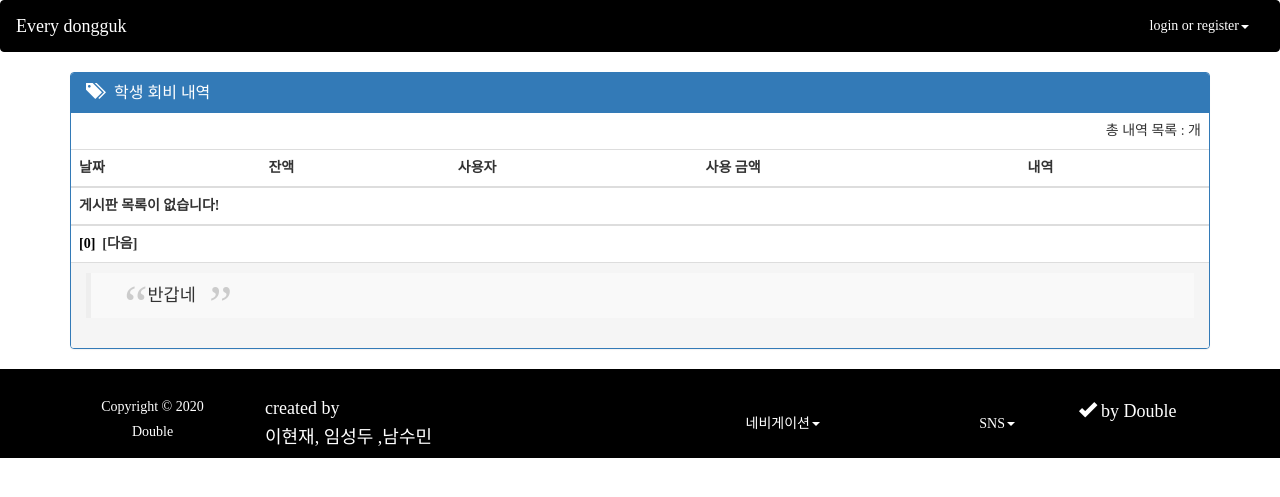
Repository: CSID-DGU/2020-1-ESCD-DOUBLE
Page: http://localhost/web/WEB-INF/views/bank/blistall.jsp
These files come from the project's save history. The page is drawn as it stood at one moment and after the next save; the edit follows.
The browser window is 1280 px wide. The pictures show the whole page.
Some web fonts or font styles are not loaded; a fallback is used. Some web libraries are served in a nearby version. The page is served by Tomcat 9. Nobody is signed in. Other server files are loaded and not shown. The template is opened directly, without the code that normally fills it, so the values that code supplies are empty.

Above is the page before, as saved 2020-05-05 15:17:52.

### web/src/main/webapp/WEB-INF/views/bank/blistall.jsp
<%@ page language="java" contentType="text/html; charset=EUC-KR"
    pageEncoding="EUC-KR"%>
    <%@ taglib prefix="c" uri="http://java.sun.com/jsp/jstl/core"%>
<!DOCTYPE html>
<html>
<head>
<link rel="stylesheet" href="resources/css/bootstrap.css">
<link rel="stylesheet" href="resources/css/customize.css">
<script src="https://code.jquery.com/jquery-3.1.1.min.js"></script>
<script src="resources/js/bootstrap.js"></script>

<meta charset="EUC-KR">
<title>Insert title here</title>
<style>

blockquote{
background:#f9f9f9;
border-left:10px solid #cccccc;
margin: 1.5em 10px;
padding: 0.5em 10px;
quotes: "\201C""\201D""\2018""\2019"
}
blockquote:before{
color:#cccccc;
content:open-quote;
font-size:3em;
line-height:0.1em;
margin-left:0.25em;
vertical-align:-0.4em;
}
blockquote:after{
color:#cccccc;
content:close-quote;
font-size:3em;
line-height:0.1em;
margin-left:0.25em;
vertical-align:-0.4em;
}


</style>
</head>
<body>

<%@include file="../template/header.jsp"%>
<div class="container">
	<div class="row">
		<div class="col-xs-12">
		<div class="panel panel-primary">
		<div class="panel-heading">
			<h3 class="panel-title">
				<span class="glyphicon glyphicon-tags"></span>
				&nbsp;&nbsp;학생 회비 내역
			</h3>
		</div>

		<table class="table">
			<thead>
			  <tr>
  				<td colspan="5" align="right"> 총 내역 목록 : <b>${totalCount }</b>개
  			</tr>
			<tr>
			<th>날짜</th>	<th>잔액</th>	<th>사용자</th>	<th>사용 금액</th><th>내역</th>
			</tr>
			</thead>
			<tbody>
	  <c:if test="${!empty bl }">
   <c:forEach var= "list" items="${bl }">
   <tr>
    <th>${list.getBdate() }</th>
    <th>${list.getBrest() }</th>
    <th>${list.getBuser() }</th>
    <th>${list.getBinout() }</th>
    <th>${list.getBmemo() }</th>
    <th>${list.getFname() }</th>
  </tr></c:forEach></c:if>

    <c:if test="${empty bl }">
  <tr>
   <th colspan="5">게시판 목록이 없습니다!</th></tr></c:if>
			</tbody>
	<center><tr>
   		<th colspan="5">
   			<c:if test="${page<=1 }">
   				[이전]&nbsp;
   			</c:if>
   			<c:if test="${page>1 }">
   				<a href="/web/blistall?page=${page-1 }">[이전]</a>&nbsp;
   			</c:if>

   			<%--현재쪽 번호 출력 --%>
   			<c:forEach var="a" begin="${startpage }" end="${endpage }" step="1">
   				<c:if test="${a==page }"><%--현재 쪽번호가 선택된 경우는 링크 없어도됨 --%>
   					 <${a }>
   				</c:if>
   				<c:if test="${a!=page}">
   					<a href="/web/blistall?page=${a }">[${a }]</a>&nbsp;

   				</c:if>
   			</c:forEach>
   			<c:if test="${page>=endpage }"><!-- maxpage =>endpage로바꾸면..? -->
   			[다음]
   			</c:if>
   			<c:if test="${page<endpage }">
   			<a href="/web/blistall?page=${page+1 }">[다음]</a>
   			</c:if>

   		</th>
   </tr></center>
		</table>
			<div class="panel-footer">
					<blockquote>반갑네</blockquote>
			</div>

		</div></div>
	</div>
</div>


<%@include file="../template/footer.jsp"%>
</body>
</html>

### web/src/main/webapp/WEB-INF/views/template/header.jsp
<%@ page language="java" contentType="text/html; charset=EUC-KR"
    pageEncoding="EUC-KR"%>
<!DOCTYPE html>
<html>
<head>
<meta charset="EUC-KR">
<title>Insert title here</title>
<link rel="stylesheet" href="resources/css/bootstrap.css">
<link rel="stylesheet" href="resources/css/customize.css">
</head>
<body>
<script src="https://code.jquery.com/jquery-3.1.1.min.js"></script>
<script src="resources/js/bootstrap.js"></script>
<%@taglib prefix= "c" uri= "http://java.sun.com/jsp/jstl/core" %>
<nav class="navbar navbar-default">
	<div class="container-fluid">

		<div class="navbar-header">
			<button type="button" class="navbar-toggle collapsed" data-toggle="collapse"
			data-target="#bs-example-navbar-collapse-1" aria-expanded="false"><!-- 크기를 줄였을때 나타나는 버튼 -->
				<span class="sr-only"></span>
				<span class="icon-bar"></span>
				<span class="icon-bar"></span>
				<span class="icon-bar"></span>
			</button>
			<a class="navbar-brand" href="index">Every dongguk</a>
		</div>

		<div class="collapse navbar-collapse" id="bs-example-navbar-collapse-1"><!-- 네비 중간 대부분을 차지함 -->

			<ul class="nav navbar-nav navbar-right">
				<li class="dropdown">
					<a href="#" class="dropdown-toggle" data-toggle="dropdown" role="button"
					aria-haspopup="true" aria-expanded="false"><c:if test="${empty Sid }">login or register</c:if><c:if test="${not empty Sid }">${Sid } 님 환영합니다.</c:if><span class="caret"></span></a>
					<ul class="dropdown-menu">

					<c:choose>
					<c:when test="${empty Sid }">
						<li><a href="login_form">로그인</a></li>
						<li><a href="register_form">회원가입</a></li>
					</c:when>
					<c:otherwise>
						<li><a href="logout">로그아웃</a></li>
						<li><a href="mypage">마이페이지(${Sid})</a></li>
						</c:otherwise>
						</c:choose>

					</ul>

				</li>
			</ul>

		</div>
	</div>
</nav>



</body>
</html>

### web/src/main/webapp/WEB-INF/views/template/footer.jsp
<%@ page language="java" contentType="text/html; charset=EUC-KR"
    pageEncoding="EUC-KR"%>
<!DOCTYPE html>
<html>
<head>
<meta charset="EUC-KR">
<title>Insert title here</title>
<link rel="stylesheet" href="resources/css/bootstrap.css">
<link rel="stylesheet" href="resources/css/customize.css">
</head>
<body>
<script src="https://code.jquery.com/jquery-3.1.1.min.js"></script>
<script src="resources/js/bootstrap.js"></script>

<style type="text/css">
#footul ,#footul2{
color:white;}
#footul:hover ,#footul2:hover{

background-color:black;


}
#footul:focus,#footul2:hover{
background-color:black;}

</style>

<footer style="background-color: #000000;color:#ffffff">
	<div class="container">
		<br>
		<div class="row">
			<div class="col-sm-2" style="text-align: center;"><h5>Copyright &copy; 2020</h5><h5>Double </h5></div>
			<div class="col-sm-4"><h4>created by<h4><p>이현재, 임성두 ,남수민</p></div>
			<div class="col-sm-2"><h4 style="text-align:center;"></h4>

						<ul class="nav navbar-nav navbar-right">
				<li class="dropdown">
					<a href="#" class="dropdown-toggle" data-toggle="dropdown" role="button"
					aria-haspopup="true" aria-expanded="false" id="footul">네비게이션<span class="caret"></span></a>
					<ul class="dropdown-menu">
						<li><a href="#">냐옹</a></li>
						<li><a href="#">멍멍</a></li>
					</ul>

				</li>
			</ul>
			</div>
			<div class="col-sm-2"><h4 style="text-align:center;"></h4>



							<ul class="nav navbar-nav navbar-right">
				<li class="dropdown">
					<a href="#" class="dropdown-toggle" data-toggle="dropdown" role="button"
					aria-haspopup="true" aria-expanded="false" id="footul2">SNS<span class="caret"></span></a>
					<ul class="dropdown-menu">
						<li><a href="#">뭔가 개발자 이메일 보내기?</a></li>
						<li><a href="#">뭐 그런거...</a></li>
					</ul>

				</li>
			</ul>

			</div>
			<div class="col-sm-2"><h4 style="text-align:center;"><span class="glyphicon glyphicon-ok"></span>&nbsp;by Double</h4></div>
	</div>


</div>
</footer>


</body>
</html>

### web/src/main/webapp/resources/css/customize.css
@import url(http://fonts.googleapis.com/earlyaccess/nanumgothic.css);
*{font-family:'Nanum Gothic';}
a{
	color:#000000;
	text-decoration:none;
}
a:hover{
	color:#bbbbbb;
	text-decoration:none;
	cursor:pointer;
}
.navbar-default{/*까만색!*/
	background-color:#000000;
	border-color:#000000;
}
.navbar-default .navbar-brand{
	color:#ffffff;/*하얀색!*/
}
.navbar-default .navbar-brand:hover,
.navbar-default .navbar-brand:focus{
	background-color:transparent;
	color:#bbbbbb;
}
.navbar-default .navbar-nav> .active>a,
.navbar-default .navbar-nav> .active>a:hover,
.navbar-default .navbar-nav> .active>a:focus{
	color:white;
	background-color:#000000;
}
.navbar-default .navbar-nav> li>a:hover,
.navbar-default .navbar-nav> li>a:focus{
	color:#bbbbbb;
}
.navbar-default .navbar-nav> .open>a,
.navbar-default .navbar-nav> .open>a:hover,
.navbar-default .navbar-nav> .open>a:focus{
	color:#000000;
	background-color:#ffffff;
	text-decoration:none;
}
.navbar-default .navbar-nav>li>a{
	color:white;
}
@media(max-width:767px){
	.navbar-default .navbar-nav .open .dropdown-menu>li>a{
	color:#ffffff;}
	.navbar-default .navbar-nav .open .dropdown-menu>li>a:hover,
	.navbar-default .navbar-nav .open .dropdown-menu>li>a:focus{
	color:#bbbbbb;}

}

Loaded but not shown: web/src/main/webapp/resources/css/bootstrap.css (library); web/src/main/webapp/resources/js/bootstrap.js (library)

After the next save:
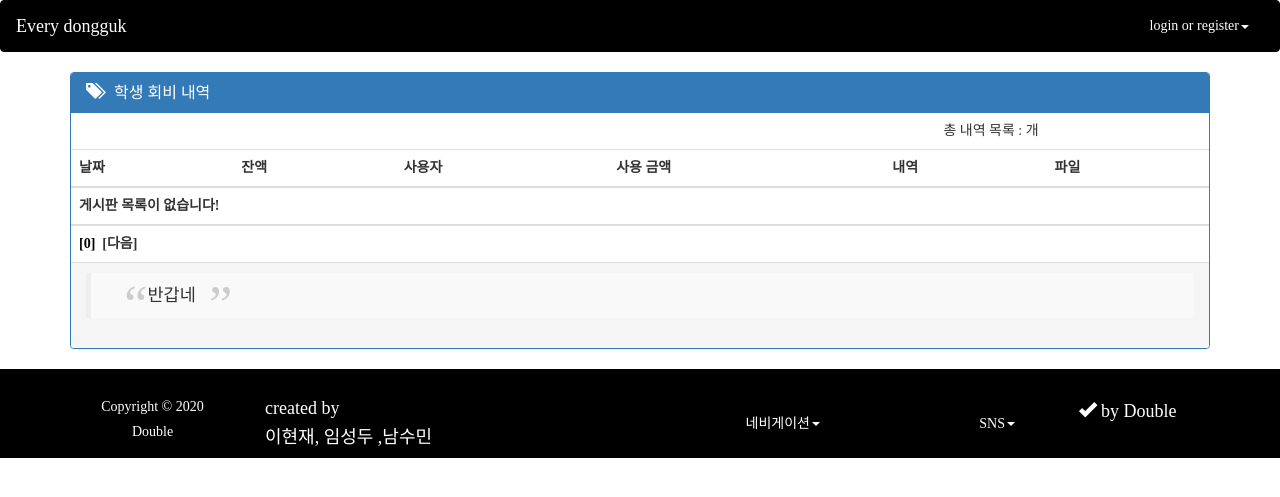
Saved 2 min 8 s later.
--- a/web/src/main/webapp/WEB-INF/views/bank/blistall.jsp
+++ b/web/src/main/webapp/WEB-INF/views/bank/blistall.jsp
@@ -60,7 +60,7 @@ vertical-align:-0.4em;
   				<td colspan="5" align="right"> 총 내역 목록 : <b>${totalCount }</b>개
   			</tr>
 			<tr>
-			<th>날짜</th>	<th>잔액</th>	<th>사용자</th>	<th>사용 금액</th><th>내역</th>
+			<th>날짜</th>	<th>잔액</th>	<th>사용자</th>	<th>사용 금액</th><th>내역</th><th>파일</th>
 			</tr>
 			</thead>
 			<tbody>
